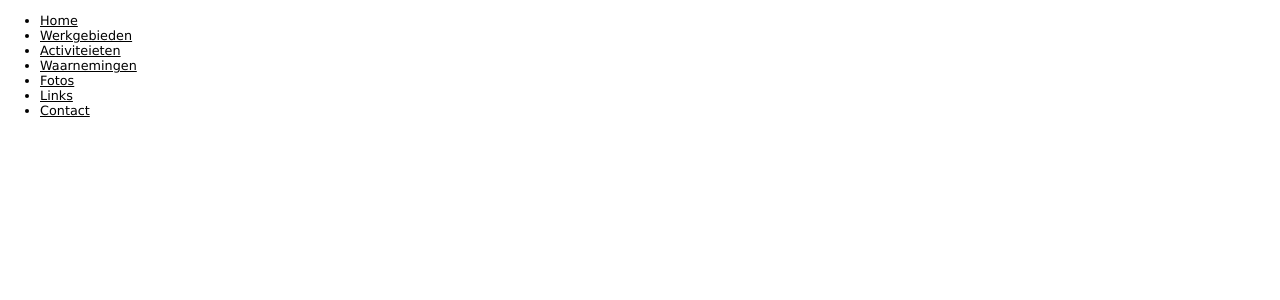
Repository: wimkok/diverse-testjes
Page: VWG/menu.html
The author's editor kept a record of every edit. The page is drawn from the files as they stood at one moment, then again after the next edit.
The browser window is 1280 px wide. The pictures show the whole page.

Above is the page before.

After the next edit:
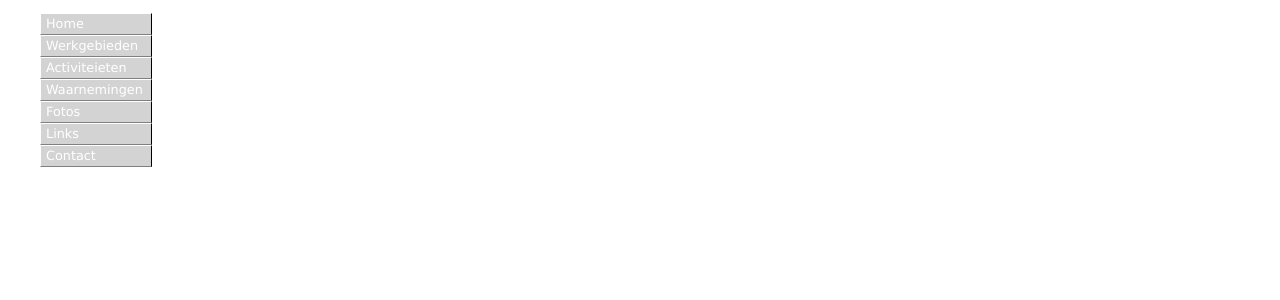
The edit:
--- a/VWG/menu.html
+++ b/VWG/menu.html
@@ -6,13 +6,13 @@
 </head>
 <body>
     <ul>
-    <li class='.menu-item'><a href="index.html">Home</a></li>
-    <li class='.menu-item'><a href="werkgebied.htm">Werkgebieden</a></li>
-    <li class='.menu-item'><a href="intro.htm">Activiteieten</a></li>
-    <li class='.menu-item'><a href="waarneming.htm">Waarnemingen</a></li>
-    <li class='.menu-item'><a href="foto1.htm">Fotos</a></li>
-    <li class='.menu-item'><a href="links.htm">Links</a></li>
-    <li class='.menu-item'><a href="contact.htm">Contact</a></li>
+    <li class='menu-item'><a href="index.html">Home</a></li>
+    <li class='menu-item'><a href="werkgebied.htm">Werkgebieden</a></li>
+    <li class='menu-item'><a href="intro.htm">Activiteieten</a></li>
+    <li class='menu-item'><a href="waarneming.htm">Waarnemingen</a></li>
+    <li class='menu-item'><a href="foto1.htm">Fotos</a></li>
+    <li class='menu-item'><a href="links.htm">Links</a></li>
+    <li class='menu-item'><a href="contact.htm">Contact</a></li>
     </ul>
 </body>
 </html>
